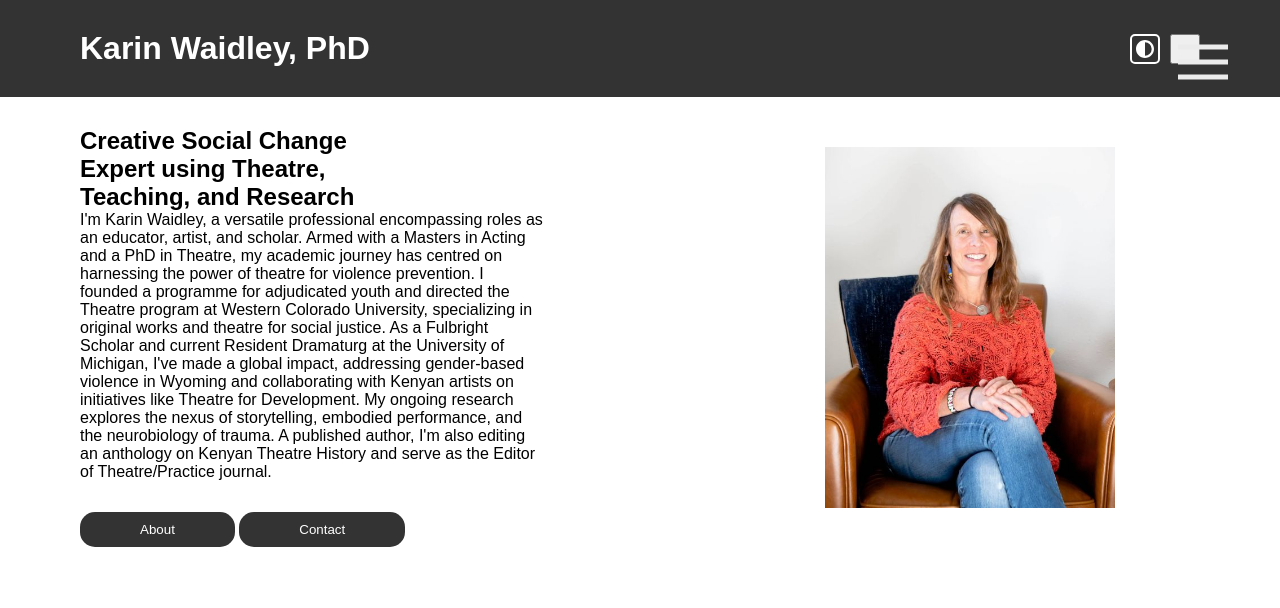
Repository: Ceasor7/Karin
Page: index.html
The author's editor kept a copy of each file at every save. The page is drawn from the files as they stood at one save, then again after the next save.
The browser window is 1280 px wide. The pictures show the whole page.

Above is the page before, as saved 2023-12-14 13:56:28.

After the next save:
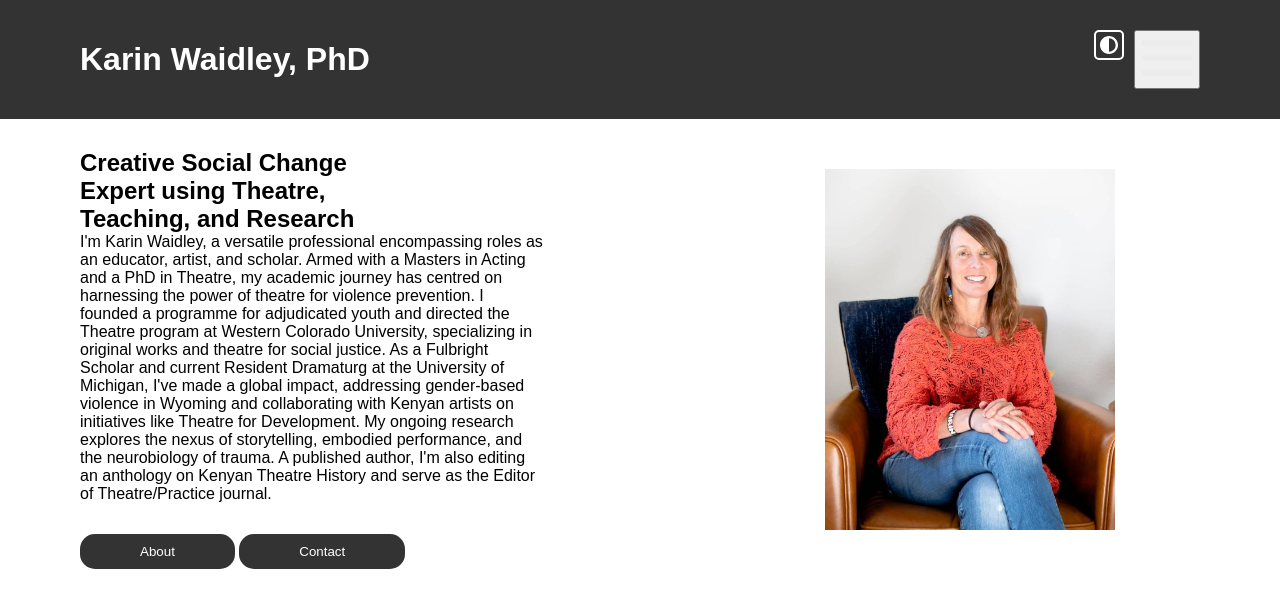
Saved 8 s later.
--- a/index.html
+++ b/index.html
@@ -57,11 +57,6 @@
             background: transparent;
             cursor: pointer;
             border-radius: 5px;
-            width: 30px;
-            height: 30px;
-        }
-
-        .hamburger-menu {
             width: 30px;
             height: 30px;
         }

After the save that followed:
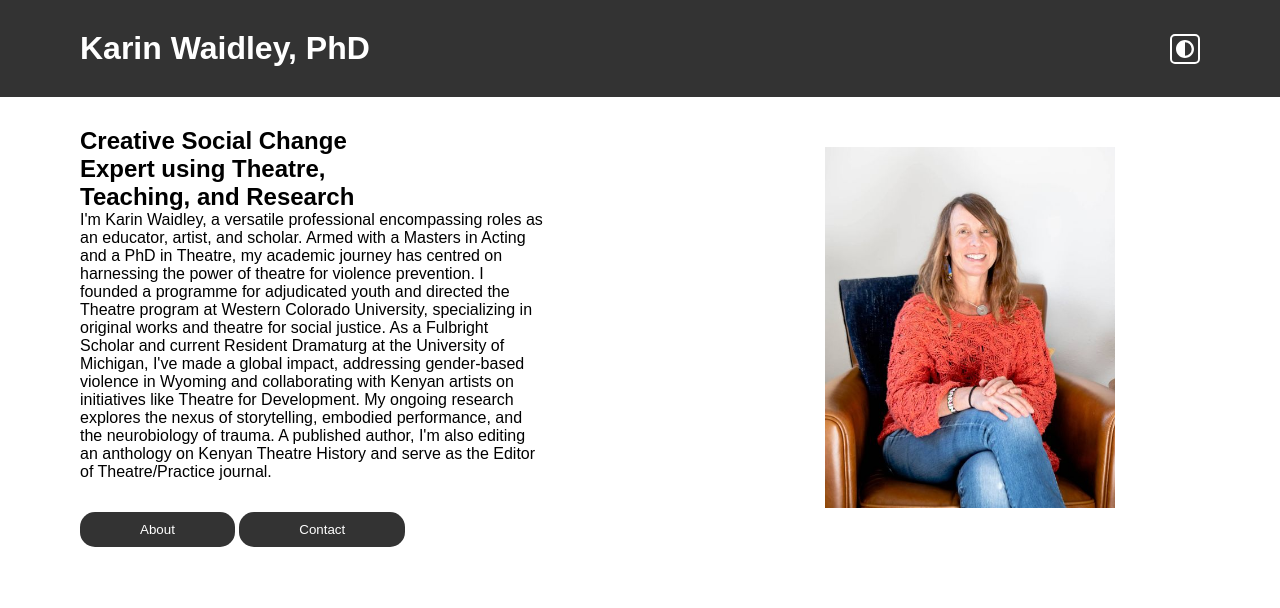
Saved 18 s later.
--- a/index.html
+++ b/index.html
@@ -151,15 +151,6 @@
                             transform="translate(-8 -8)" />
                     </svg>
                 </button>
-                <button class="hamburger-menu">
-                    <svg xmlns="http://www.w3.org/2000/svg" x="0px" y="0px" width="50" height="50" viewBox="0 0 50 50"
-                        style="fill:#EBEBEB;">
-                        <path
-                            d="M 0 7.5 L 0 12.5 L 50 12.5 L 50 7.5 Z M 0 22.5 L 0 27.5 L 50 27.5 L 50 22.5 Z M 0 37.5 L 0 42.5 L 50 42.5 L 50 37.5 Z">
-                        </path>
-                    </svg>
-                </button>
-
             </div>
         </div>
     </header>
